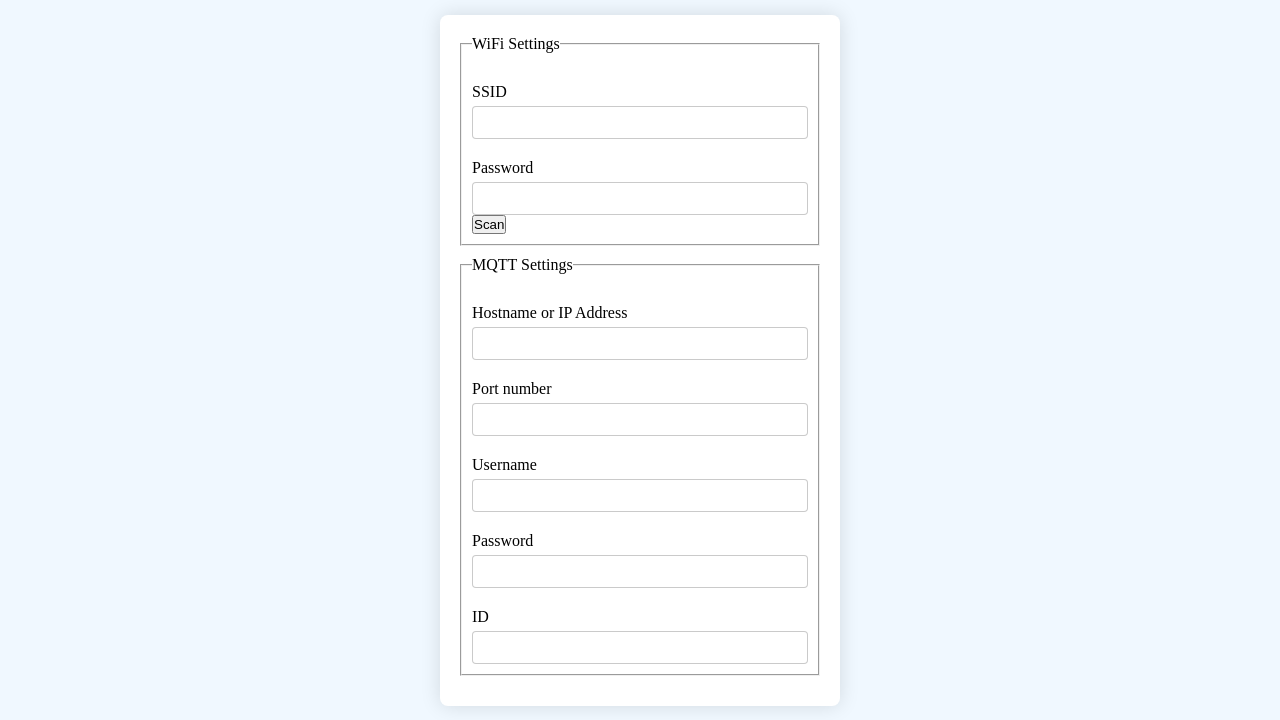
Repository: alex-dow/psikon-weather-station
Page: / (app in webapp/)
The author's editor kept a copy of each file at every save. The page is drawn from the files as they stood at one save, then again after the next save.
The browser window is 1280 px wide. The pictures show the whole page.
The project was rebuilt for these pictures with package versions that can differ from the ones it lists, and the page was loaded fresh each time.

Above is the page before, as saved 2021-12-10 14:35:26.

### webapp/public/index.html
<!DOCTYPE html>
<html lang="en">
<head>
	<meta charset='utf-8'>
	<meta name='viewport' content='width=device-width,initial-scale=1'>

	<title>Psikon Weather Station</title>
  <link rel="stylesheet" href="/global.css">
	<link rel='stylesheet' href='/bundle.css'>

	<script defer src='/bundle.js'></script>
</head>

<body>
</body>
</html>

### webapp/src/main.js
import App from './App.svelte';

const app = new App({
	target: document.body,
});



export default app;

### webapp/src/App.svelte
<script>
import MqttForm from "./MqttForm.svelte";
import WiFiForm from "./WiFiForm.svelte";
</script>


<section>
  <div class="container">
    <form>

      <WiFiForm/>
      <MqttForm/>
    </form>
  </div>
</section>



<style>
 section {
  min-height: 100vh;
  width: 100%;
  display: flex;
  align-items: center;
  justify-content: center;
  background-color: aliceblue;
 }
 .container {
  max-width: 400px;
  width: 90%;
  padding: 20px;
  box-shadow: 0px 0px 20px #00000020;
  border-radius: 8px;
  background-color: white;
 }
</style>

### webapp/src/MqttForm.svelte
<fieldset>
  <legend>MQTT Settings</legend>
  <div class="form-group">
    <label for="mqtt_host">Hostname or IP Address</label>
    <input id="mqtt_host"/>
  </div>
  <div class="form-group">
    <label for="mqtt_port">Port number</label>
    <input id="mqtt_port" type="number" min="0" max="65536"/>
  </div>
  <div class="form-group">
    <label for="mqtt_username">Username</label>
    <input id="mqtt_username"/>
  </div>
  <div class="form-group">
    <label id="mqtt_password">Password</label>
    <input id="mqtt_password"/>
  </div>
  <div class="form-group">
    <label for="mqtt_id">ID</label>
    <input id="mqtt_id" /><br/>
  </div>
</fieldset>

### webapp/src/WiFiForm.svelte
<script>
import WiFiList from './WiFiList.svelte';
import { loading_networks } from './store.js';

async function onClick() {
  console.log('!?');
  loading_networks.set(true);
}

</script>
<fieldset>
  <legend>WiFi Settings</legend>
  <div class="form-group">
    <label for="wifi_ssid">SSID</label>
    <input id="wifi_ssid"/>
  </div>
  <div class="form-group">
    <label for="wifi_password">Password</label>
    <input id="wifi_password"/>
  </div>
  <button id="scan_wifi" on:click={onClick} type="button">Scan</button>
</fieldset>

### webapp/src/store.js
import { writable } from 'svelte/store';

export const networks = writable([]);
export const loading_networks = writable(false);

### webapp/public/global.css
* {
  padding: 0;
  margin: 0;
  box-sizing: border-box;
 }
 body {
  font-family: "Montserrat";
 }

 fieldset {
  padding: 10px;
  margin-bottom: 10px;
}


 .form-group {
  width: 100%;
  margin-top: 20px;
 }
 .form-group input {
  width: 100%;
  border: 1.5px solid rgba(128, 128, 128, 0.418);
  padding: 5px;
  font-size: 18px;
  margin-top: 5px;
  border-radius: 4px;
 }

### webapp/src/WiFiList.svelte
<script>
import { onDestroy } from 'svelte';
import { loading_networks, networks } from './store.js';

let isLoading = false;
let networksList = [];
const unsub_loading = loading_networks.subscribe(value => {
  console.log('loading changed');
  isLoading = value
});
const unsub_networks = networks.subscribe(value => networksList = value);

onDestroy(() => {
  unsub_loading();
  unsub_networks();
});

</script>

{#if !isLoading}
  {#if networksList.length == 0}
    <p>No wifi networks available.</p>
  {:else}
    <ul>
      {#each $networks as network}
      <li>{ network.ssid }</li>
      {/each}
    </ul>
  {/if}
{:else}
<p>Loading networks ...</p>
{/if}

After the next save:
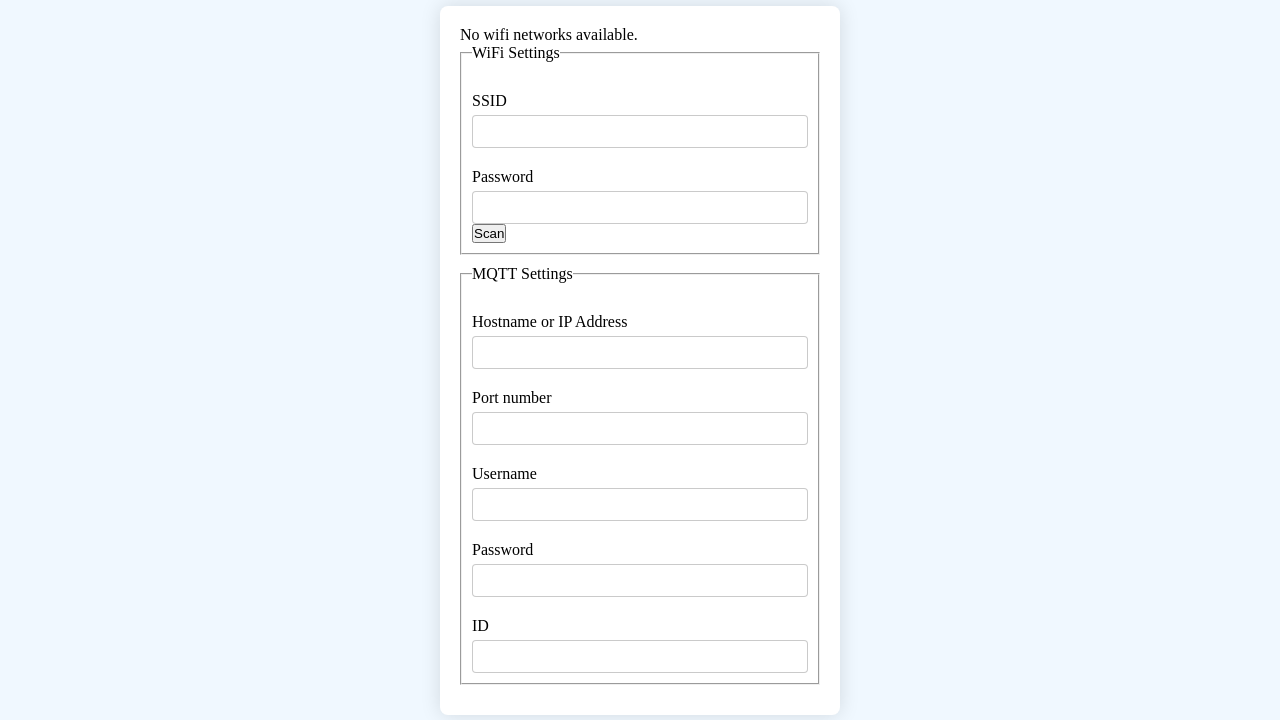
Saved 17 s later.
--- a/webapp/src/WiFiForm.svelte
+++ b/webapp/src/WiFiForm.svelte
@@ -8,6 +8,7 @@ async function onClick() {
 }
 
 </script>
+<WiFiList/>
 <fieldset>
   <legend>WiFi Settings</legend>
   <div class="form-group">
